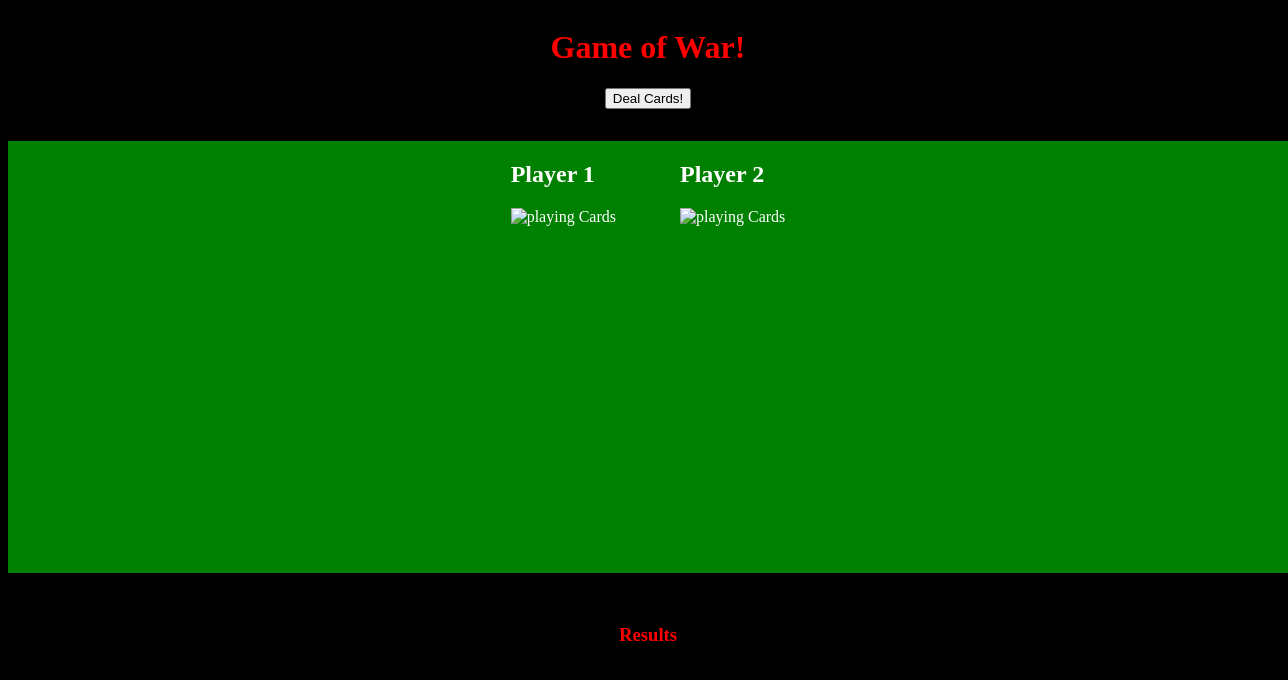
Repository: barroso2223/cakeByG
Page: index.html
An editor plug-in stored every save of this project. The page is shown before and after the next save, followed by the edit.
The browser window is 1280 px wide. The page is 1288 px wide, so the pictures cover 1288 px, including what lies to the right of the window. The pictures show the whole page.

Above is the page before, as saved 2024-10-11 15:22:40.

After the next save:
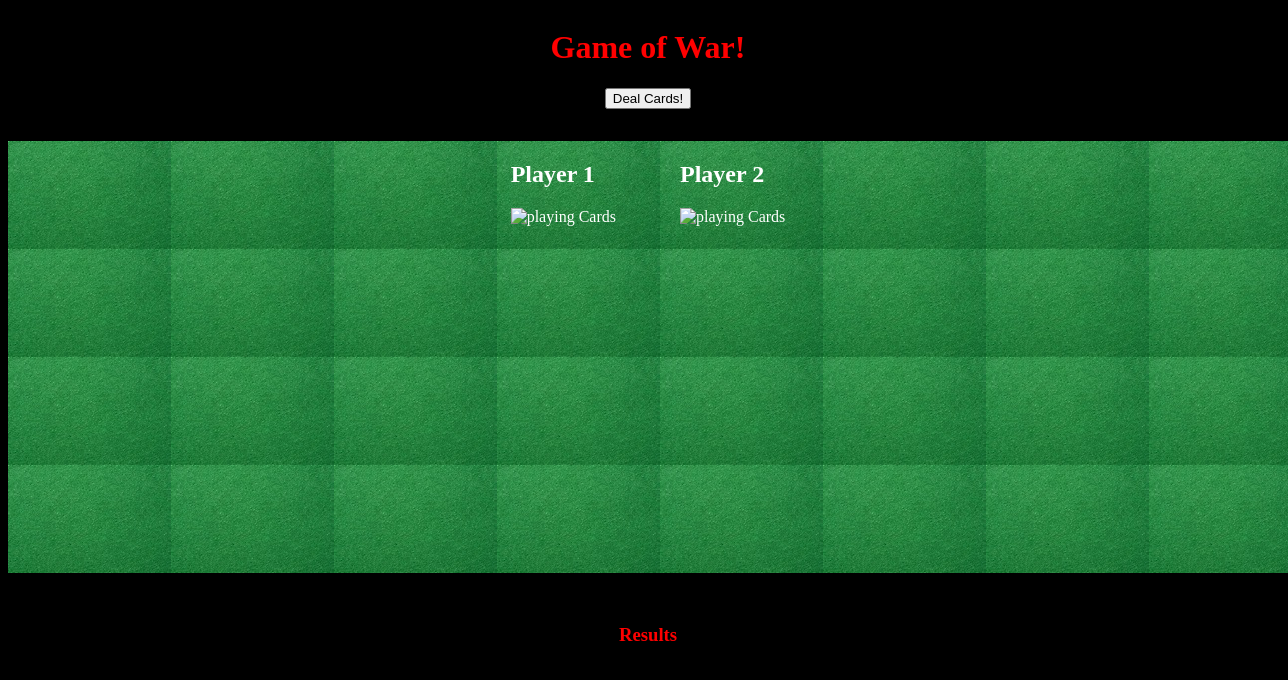
Saved 2 min 29 s later.
--- a/style.css
+++ b/style.css
@@ -9,7 +9,7 @@ body {
     display: flex;
     justify-content: center;
     align-content: center;
-    background: green;
+    background-image: url(images/greenFelt.jpg);
     width: 100dvw;
     height: 60dvh;
     gap: 4rem;
